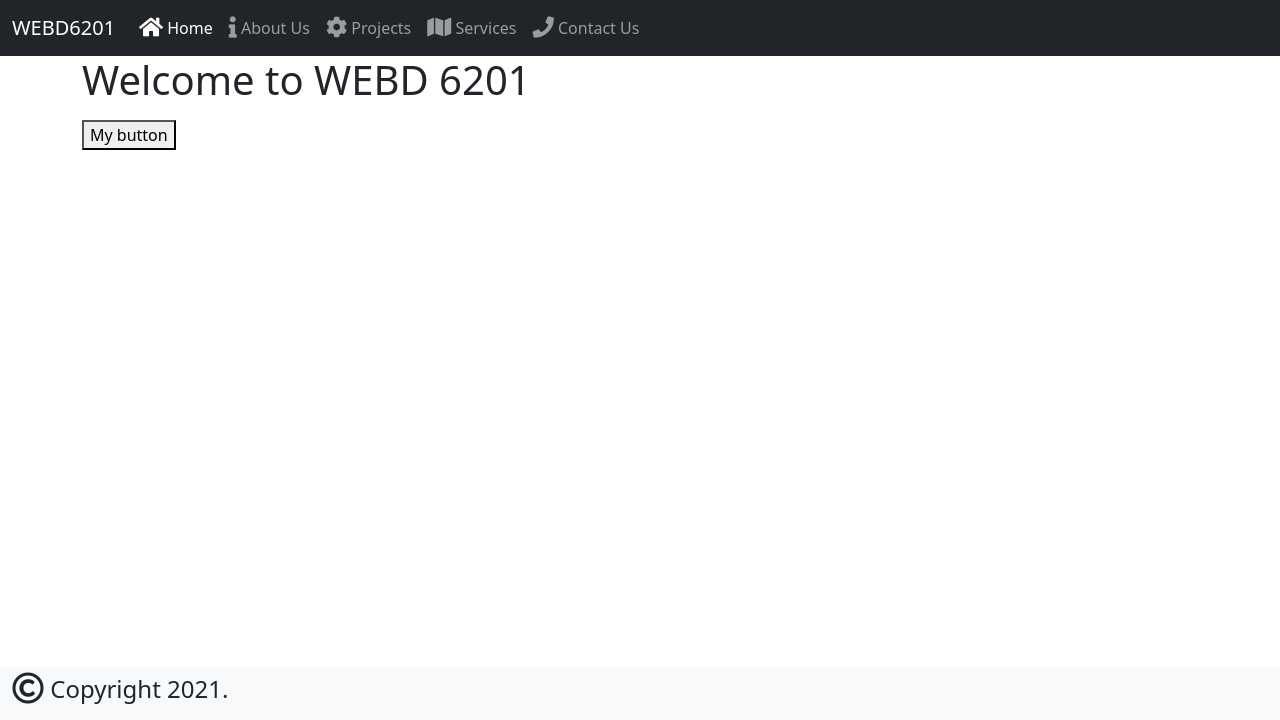
Repository: AshokSasi/WEBD6201-ASasitharan-ICE3
Page: index.html
An editor plug-in stored every save of this project. The page is shown before and after the next save, followed by the edit.
The browser window is 1280 px wide. The pictures show the whole page.

Above is the page before, as saved 2021-02-03 09:56:58.
Console error: ReferenceError: core is not defined

After the next save:
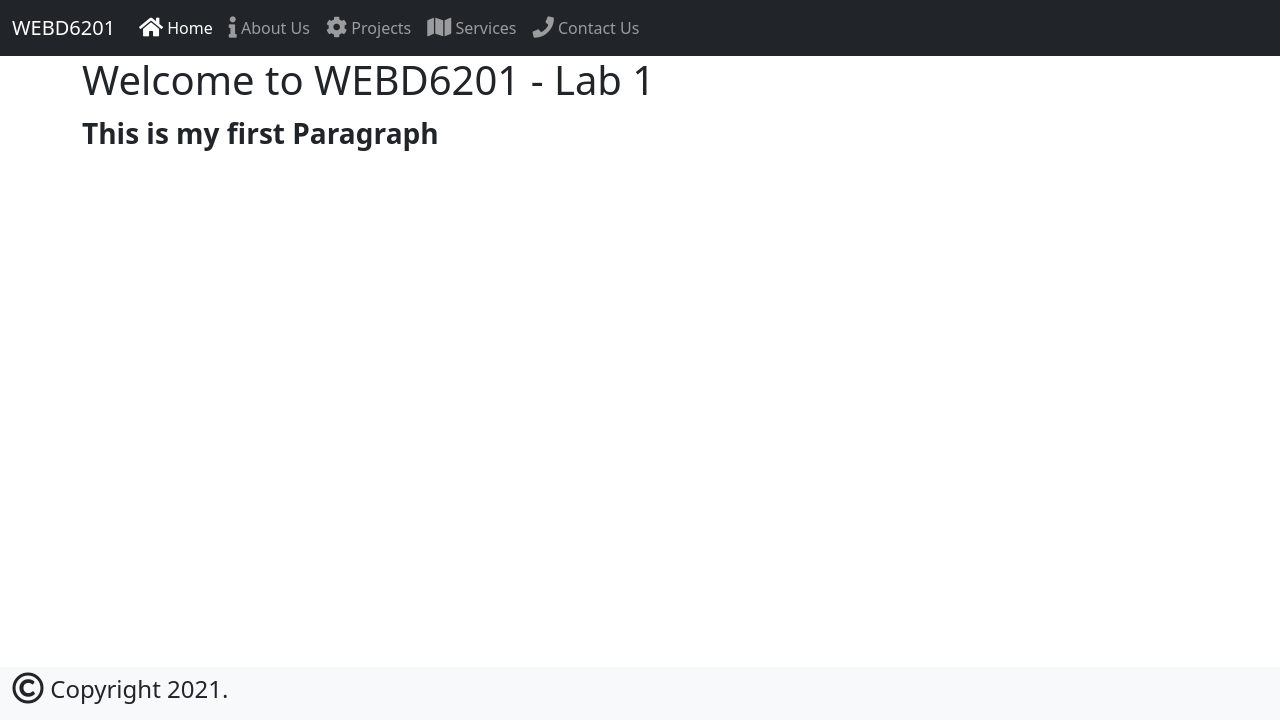
The error is gone.
Saved 19 s later.
--- a/index.html
+++ b/index.html
@@ -65,6 +65,7 @@
     <!-- Script Section-->
     <script src="./node_modules/jquery/dist/jquery.min.js"></script>
     <script src="./node_modules/bootstrap/dist/js/bootstrap.bundle.min.js"></script>
+    <script src="./Scripts/namespace.js"></script>
     <script src="./Scripts/app.js"></script>
 </body>
 </html>
